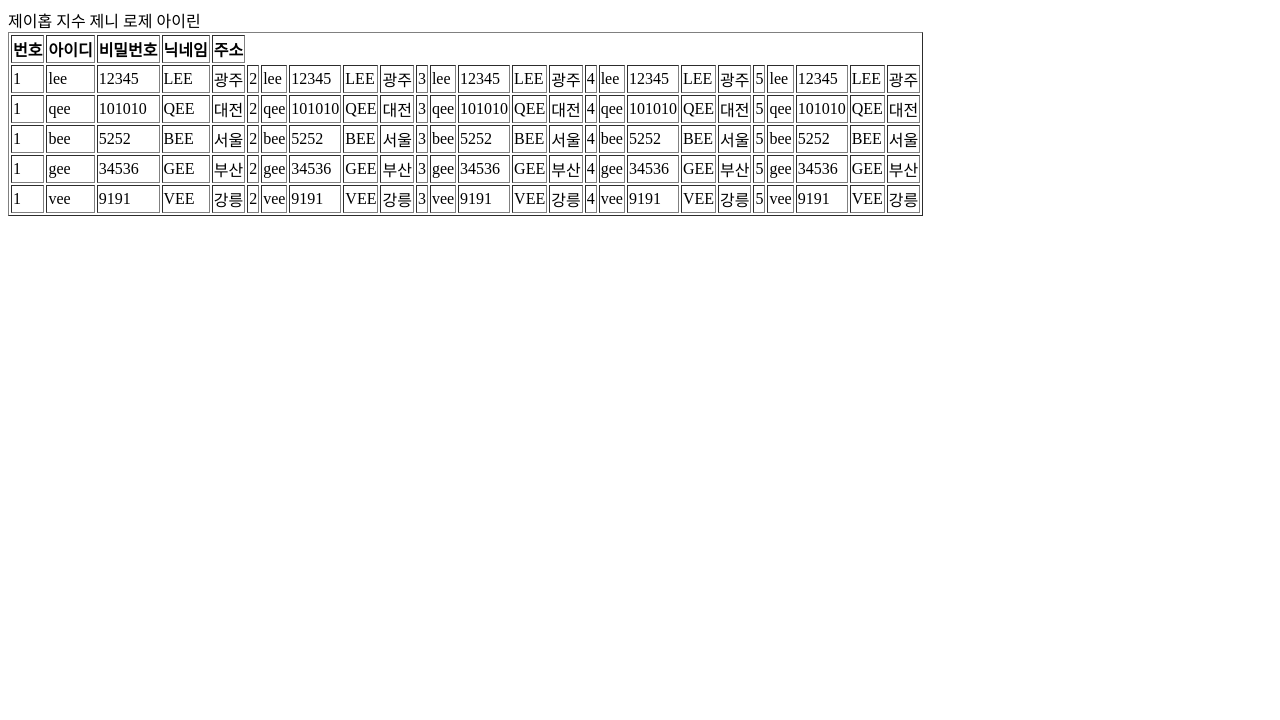
Repository: lee010207/HTML-CSS-JS
Page: http://localhost/EL_JSTL/JSTL_Final.jsp
The author's editor kept a copy of each file at every save. The page is drawn from the files as they stood at one save, then again after the next save.
The browser window is 1280 px wide. The pictures show the whole page.
The page is served by Tomcat 9.

Above is the page before, as saved 2023-09-04 00:45:09.

After the next save:
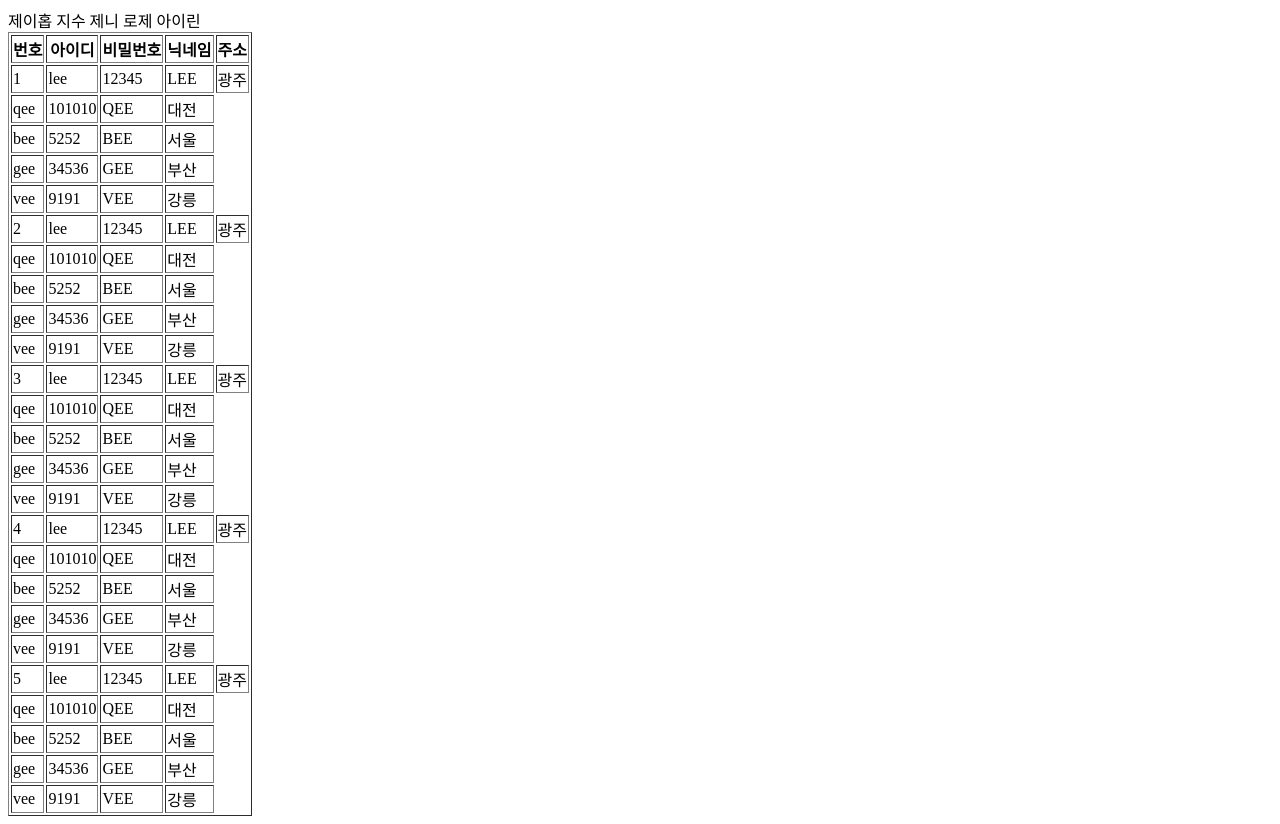
Saved 101 s later.
--- a/04. Server/EL_JSTL/src/main/webapp/JSTL_Final.jsp
+++ b/04. Server/EL_JSTL/src/main/webapp/JSTL_Final.jsp
@@ -54,18 +54,20 @@
 			<th>주소</th>
 		</tr>
 
+	<c:forEach var="num" begin="1" end="5" step="1">
+			<tr>
+			<td>${num }</td>
+
 		<c:forEach items="${list }" var="info">
-			<tr>
-			<c:forEach var="num" begin="1" end="5" step="1">
-			<td>${num }</td>
+
 
 			<td>${info.id}</td>
 			<td>${info.pw}</td>
 			<td>${info.nick}</td>
 			<td>${info.addr}</td>
+			</tr>
+			</c:forEach>
 
-			</c:forEach>
-			</tr>
 		</c:forEach>
 	</table>
 
